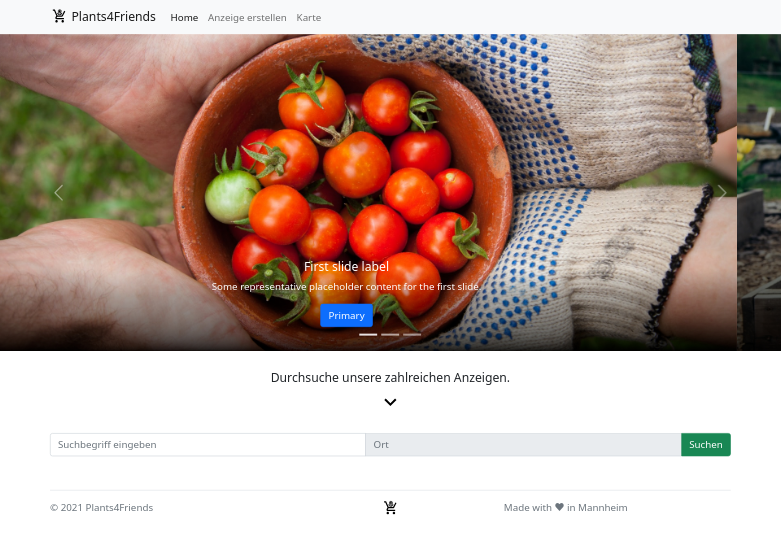
Repository: Carlson43/PlantsForFriends
Page: Website/index.html
These files come from the project's save history. The page is drawn as it stood at one moment and after the next save; the edit follows.
The browser window is 1280 px wide. The pictures show the whole page, at 61% of full size.

Above is the page before, as saved 2022-01-13 14:26:30.

### Website/index.html
<!doctype html>
<html lang="en">
  <head>
      <!-- Required meta tags -->
      <meta charset="utf-8">
      <meta name="viewport" content="width=device-width, initial-scale=1">

      <!-- Referencing Backend -->
      <script src="https://code.jquery.com/jquery-3.6.0.js"> </script>
      <script src="./Backend.js"> </script>

      <!-- Bootstrap CSS -->
      <link href="https://cdn.jsdelivr.net/npm/bootstrap@5.1.3/dist/css/bootstrap.min.css" rel="stylesheet" integrity="sha384-1BmE4kWBq78iYhFldvKuhfTAU6auU8tT94WrHftjDbrCEXSU1oBoqyl2QvZ6jIW3" crossorigin="anonymous">

      <!-- Custom Carousel CSS -->
      <style>
        .img-responsive {
        max-width: 100%; /* or to whatever you want here */
        max-height: auto; /* or to whatever you want here */
      }
      </style>

      <!-- Custom Divider CSS -->
      <link rel="stylesheet" href="divider.css">

    <title>Welcome @ Plants4Friends</title>

    <!-- Favicon -->
    <link rel="icon" type="image/x-icon" href="./Design-Ressourcen/flower.svg">
  </head>

  <body>
    <!-- Navbar -->
    <nav class="navbar navbar-expand-lg navbar-light bg-light">
        <div class="container fluid">
            <!-- Navabr Logo and Brandname -->
            <a class="navbar-brand" href="#">
                <img src="./Design-Ressourcen/logo.svg" alt="" width="30" height="24" class="d-inline-block align-text-top">
                Plants4Friends
            </a>
            <!-- Toggler for Expandsion -->
            <button class="navbar-toggler" type="button" data-bs-toggle="collapse" data-bs-target="#navbarNav" aria-controls="navbarNav" aria-expanded="false" aria-label="Toggle navigation">
                <span class="navbar-toggler-icon"></span>
            </button>
            <!-- Navigation Links -->
            <div class="collapse navbar-collapse" id="navbarNav">
                <div class="navbar-nav">
                    <a class="nav-link active" aria-current="page" href="index.html">Home</a>
                    <a class="nav-link" href="./create.html">Anzeige erstellen</a>
                    <a class="nav-link" href="./map.html">Karte</a>
                </div>
            </div>
        </div>
    </nav>

    <!-- Carousel -->
    <div id="carouselExampleCaptions" class="carousel slide" data-bs-ride="carousel">
        <!-- Slide Indicators -->
        <div class="carousel-indicators">
          <button type="button" data-bs-target="#carouselExampleCaptions" data-bs-slide-to="0" class="active" aria-current="true" aria-label="Slide 1"></button>
          <button type="button" data-bs-target="#carouselExampleCaptions" data-bs-slide-to="1" aria-label="Slide 2"></button>
          <button type="button" data-bs-target="#carouselExampleCaptions" data-bs-slide-to="2" aria-label="Slide 3"></button>
        </div>
        <!-- Carousel Slide Content -->
        <div class="carousel-inner">
          <!-- First Slide (starts with an active state) -->
          <div class="carousel-item active">
            <img src="./Design-Ressourcen/Bilder/carousel02-cut.jpg" class="img-responsive" alt="...">
            <!-- Text / Content Box -->
            <div class="carousel-caption d-none d-sm-block">
                <h5>First slide label</h5>
                <p>Some representative placeholder content for the first slide.</p>
                <button type="button" class="btn btn-primary">Primary</button>
            </div>
          </div>
          <!-- Second Slide -->
          <div class="carousel-item">
            <img src="./Design-Ressourcen/Bilder/carousel03-cut.jpg" class="d-block w-100" alt="...">
            <!-- Text / Content Box -->
            <div class="carousel-caption d-none d-sm-block">
                <h5>Second slide label</h5>
                <p>Some representative placeholder content for the second slide.</p>
                <button type="button" class="btn btn-outline-light">Light</button>
            </div>
          </div>
          <!-- Third Slide -->
          <div class="carousel-item">
            <img src="./Design-Ressourcen/Bilder/carousel04-cut.jpg" class="d-block w-100" alt="...">
            <!-- Text / Content Box -->
            <div class="carousel-caption d-none d-sm-block">
                <h5>Third slide label</h5>
                <p>Some representative placeholder content for the third slide.</p>
                <button type="button" class="btn btn-light">Light</button>
            </div>
          </div>
        </div>
        <!-- Left Button for previous Slide -->
        <button class="carousel-control-prev" type="button" data-bs-target="#carouselExampleCaptions" data-bs-slide="prev">
          <span class="carousel-control-prev-icon" aria-hidden="true"></span>
          <span class="visually-hidden">Previous</span>
        </button>
        <!-- Right Button for next Slide -->
        <button class="carousel-control-next" type="button" data-bs-target="#carouselExampleCaptions" data-bs-slide="next">
          <span class="carousel-control-next-icon" aria-hidden="true"></span>
          <span class="visually-hidden">Next</span>
        </button>
    </div>

    <div class="h-divider"></div>

    <!-- Small Text -->
    <div class="container-md text-center">
      <h5>Durchsuche unsere zahlreichen Anzeigen.</h5>
      <img src="./Design-Ressourcen/expand_more.svg" class="mx-auto d-block" alt="" style="height: 40px" >
    </div>

    <div class="h-divider"></div>

    <!-- Alert -->
    <div class="alert alert-info"  role="alert" id = "alert" hidden>
      <p class="text-center">
       <i class="fa fa-exclamation-triangle" aria-hidden="true"></i>Einen Moment bitte, Sie werden weitergeleitet.
      </p>
  </div>

  <div class="alert alert-warning"  role="alert" id = "not_found"  hidden>
    <p class="text-center">
     <i class="fa fa-exclamation-triangle" aria-hidden="true" id = "not_found_text"></i>
    </p>
</div>


    <!-- Input / Search Group -->
      <div class="container-md">
        <div class="input-group">
          <!-- General Search Input -->
          <input type="text" placeholder="Suchbegriff eingeben" aria-label="search_term" id="search_term" class="form-control">
          <!-- Location Search Input - Diabled due to no working implementation -->
          <input type="text" placeholder="Ort" aria-label="search_loc" id="search_loc" class="form-control" disabled>
          <!-- Search Button -->
          <button onclick= "search_and_display();" class="btn btn-success" type="button" id="search_btn">Suchen</button>
        </div>
    </div>

    <div class="h-divider"></div>


    <!-- Container Layout Demo -->
    <div class="container-md">
        <div class="row">
          <div class="col">
                <!-- Card Element 1-->
                <div class="card" style="width: 18rem;" id = "Card0" hidden>
                  <!-- Heading image -->
                  <img src="./Design-Ressourcen/Bilder/carrots.jpg" class="card-img-top" alt="...">
                  <div class="card-body">
                      <h5 class="card-title" id = "Card0title">Überschrift</h5>
                      <h5 class="card-title" id = "Card0key" hidden>f</h5>
                      <h6 class="card-subtitle mb-2 text-muted" id = "Card0price">Preis in €</h6>
                      <h6 class="card-subtitle mb-2 text-muted" id = "Card0contact">Kontaktmöglichkeit</h6>
                      <p class="card-text" id = "Card0text">Die Beschreibung der Anzeige soll hier dann erscheinen. Vielleicht ist die Größe aber ein Limit. Naja, das lässt sich bestimmt irgendiwe Lösen</p>
                       <!-- Detail Button -->
                      <a  class="btn btn-primary" onclick = "alert();addKey0();setTimeout(myURL, 4000);">Details ></a>
                  </div>
                </div>
          </div>
          <div class="col">
            <!-- Card Element 2-->
            <div class="card" style="width: 18rem;" id = "Card1" hidden>
              <!-- Heading image -->
              <img src="./Design-Ressourcen/Bilder/carrots.jpg" class="card-img-top" alt="...">
              <div class="card-body">
                  <h5 class="card-title" id = "Card1title">Überschrift</h5>
                  <h5 class="card-title" id = "Card1key" hidden>f</h5>
                  <h6 class="card-subtitle mb-2 text-muted" id = "Card1price">Preis in €</h6>
                  <h6 class="card-subtitle mb-2 text-muted" id = "Card1contact">Kontaktmöglichkeit</h6>
                  <p class="card-text" id = "Card1text">Die Beschreibung der Anzeige soll hier dann erscheinen. Vielleicht ist die Größe aber ein Limit. Naja, das lässt sich bestimmt irgendiwe Lösen</p>
                  <!-- Detail Button -->
                  <a class="btn btn-primary" onclick = "alert();addKey1();setTimeout(myURL, 4000);">Details ></a>
              </div>
            </div>
          </div>
          <div class="col">
            <!-- Card Element 3-->
            <div class="card" style="width: 18rem;" id = "Card2" hidden>
              <!-- Heading image -->
              <img src="./Design-Ressourcen/Bilder/carrots.jpg" class="card-img-top" alt="...">
              <div class="card-body">
                  <h5 class="card-title" id = "Card2title">Überschrift</h5>
                  <h5 class="card-title" id = "Card2key" hidden>f</h5>
                  <h6 class="card-subtitle mb-2 text-muted" id = "Card2price">Preis in €</h6>
                  <h6 class="card-subtitle mb-2 text-muted" id = "Card2contact">Kontaktmöglichkeit</h6>
                  <p class="card-text" id = "Card2text">Die Beschreibung der Anzeige soll hier dann erscheinen. Vielleicht ist die Größe aber ein Limit. Naja, das lässt sich bestimmt irgendiwe Lösen</p>
                  <!-- Detail Button -->
                  <a class="btn btn-primary" onclick = "alert();addKey2();setTimeout(myURL, 4000);">Details ></a>
              </div>
            </div>
          </div>
        </div>
        <div class="row">
          <div class="col">
                <!-- Card Element 4-->
                <div class="card" style="width: 18rem;" id = "Card3" hidden>
                  <!-- Heading image -->
                  <img src="./Design-Ressourcen/Bilder/carrots.jpg" class="card-img-top" alt="...">
                  <div class="card-body">
                      <h5 class="card-title" id = "Card3title">Überschrift</h5>
                      <h5 class="card-title" id = "Card3key" hidden></h5>
                      <h6 class="card-subtitle mb-2 text-muted" id = "Card3price">Preis in €</h6>
                      <h6 class="card-subtitle mb-2 text-muted" id = "Card3contact">Kontaktmöglichkeit</h6>
                      <p class="card-text" id = "Card3text">Die Beschreibung der Anzeige soll hier dann erscheinen. Vielleicht ist die Größe aber ein Limit. Naja, das lässt sich bestimmt irgendiwe Lösen</p>
                      <!-- Detail Button -->
                      <a  class="btn btn-primary" onclick = "alert();addKey3();setTimeout(myURL, 4000);">Details ></a>
                  </div>
                </div>
          </div>
          <div class="col">
            <!-- Card Element 5-->
            <div class="card" style="width: 18rem;" id = "Card4" hidden>
              <!-- Heading image -->
              <img src="./Design-Ressourcen/Bilder/carrots.jpg" class="card-img-top" alt="...">
              <div class="card-body">
                  <h5 class="card-title" id = "Card4title">Überschrift</h5>
                  <h5 class="card-title" id = "Card4key" hidden></h5>
                  <h6 class="card-subtitle mb-2 text-muted" id = "Card4price">Preis in €</h6>
                  <h6 class="card-subtitle mb-2 text-muted" id = "Card4contact">Kontaktmöglichkeit</h6>
                  <p class="card-text" id = "Card4text">Die Beschreibung der Anzeige soll hier dann erscheinen. Vielleicht ist die Größe aber ein Limit. Naja, das lässt sich bestimmt irgendiwe Lösen</p>
                  <!-- Detail Button -->
                  <a class="btn btn-primary" onclick = "alert();addKey4();setTimeout(myURL, 4000);">Details ></a>
              </div>
            </div>
          </div>
          <div class="col">
            <!-- Card Element 6-->
            <div class="card" style="width: 18rem;" id = "Card5" hidden>
              <!-- Heading image -->
              <img src="./Design-Ressourcen/Bilder/carrots.jpg" class="card-img-top" alt="...">
              <div class="card-body">
                  <h5 class="card-title" id = "Card0title">Überschrift</h5>
                  <h5 class="card-title" id = "Card5key" hidden></h5>
                  <h6 class="card-subtitle mb-2 text-muted" id = "Card5price">Preis in €</h6>
                  <h6 class="card-subtitle mb-2 text-muted" id = "Card5contact">Kontaktmöglichkeit</h6>
                  <p class="card-text" id = "Card5text">Die Beschreibung der Anzeige soll hier dann erscheinen. Vielleicht ist die Größe aber ein Limit. Naja, das lässt sich bestimmt irgendiwe Lösen</p>
                  <!-- Detail Button -->
                  <a class="btn btn-primary" onclick = "alert();addKey5();setTimeout(myURL, 4000);">Details ></a>
              </div>
            </div>
          </div>
        </div>
        <div class="row">
          <div class="col">
                <!-- Card Element 7-->
                <div class="card" style="width: 18rem;" id = "Card6" hidden>
                  <!-- Heading image -->
                  <img src="./Design-Ressourcen/Bilder/carrots.jpg" class="card-img-top" alt="...">
                  <div class="card-body">
                      <h5 class="card-title" id = "Card6title">Überschrift</h5>
                      <h5 class="card-title" id = "Card6key" hidden></h5>
                      <h6 class="card-subtitle mb-2 text-muted" id = "Card6price">Preis in €</h6>
                      <h6 class="card-subtitle mb-2 text-muted" id = "Card6contact">Kontaktmöglichkeit</h6>
                      <p class="card-text" id = "Card6text">Die Beschreibung der Anzeige soll hier dann erscheinen. Vielleicht ist die Größe aber ein Limit. Naja, das lässt sich bestimmt irgendiwe Lösen</p>
                      <!-- Detail Button -->
                      <a  class="btn btn-primary" onclick = "alert();addKey6();setTimeout(myURL, 4000);">Details ></a>
                  </div>
                </div>
          </div>
          <div class="col">
            <!-- Card Element 8-->
            <div class="card" style="width: 18rem;" id = "Card7" hidden>
              <!-- Heading image -->
              <img src="./Design-Ressourcen/Bilder/carrots.jpg" class="card-img-top" alt="...">
              <div class="card-body">
                  <h5 class="card-title" id = "Card7title">Überschrift</h5>
                  <h5 class="card-title" id = "Card7key" hidden></h5>
                  <h6 class="card-subtitle mb-2 text-muted" id = "Card7price">Preis in €</h6>
                  <h6 class="card-subtitle mb-2 text-muted" id = "Card7contact">Kontaktmöglichkeit</h6>
                  <p class="card-text" id = "Card7text">Die Beschreibung der Anzeige soll hier dann erscheinen. Vielleicht ist die Größe aber ein Limit. Naja, das lässt sich bestimmt irgendiwe Lösen</p>
                  <!-- Detail Button -->
                  <a class="btn btn-primary" onclick = "alert();addKey7();setTimeout(myURL, 4000);">Details ></a>
              </div>
            </div>
          </div>
          <div class="col">
            <!-- Card Element 9 -->
            <div class="card" style="width: 18rem;" id = "Card8" hidden>
              <!-- Heading image -->
              <img src="./Design-Ressourcen/Bilder/carrots.jpg" class="card-img-top" alt="...">
              <div class="card-body">
                  <h5 class="card-title" id = "Card8title">Überschrift</h5>
                  <h5 class="card-title" id = "Card8key" hidden></h5>
                  <h6 class="card-subtitle mb-2 text-muted" id = "Card8price">Preis in €</h6>
                  <h6 class="card-subtitle mb-2 text-muted" id = "Card8contact">Kontaktmöglichkeit</h6>
                  <p class="card-text" id = "Card8text">Die Beschreibung der Anzeige soll hier dann erscheinen. Vielleicht ist die Größe aber ein Limit. Naja, das lässt sich bestimmt irgendiwe Lösen</p>
                  <!-- Detail Button -->
                  <a class="btn btn-primary" onclick = "alert();addKey8();setTimeout(myURL, 4000);">Details ></a>
              </div>
            </div>
          </div>
        </div>
    </div>


    <!-- Footer -->
    <div class="container">
      <footer class="d-flex flex-wrap justify-content-between align-items-center py-3 my-4 border-top">
        <p class="col-md-4 mb-0 text-muted">© 2021 Plants4Friends</p>

        <!-- Footer Logo -->
        <a href="index.html" class="col-md-4 d-flex align-items-center justify-content-center mb-3 mb-md-0 me-md-auto link-dark text-decoration-none">
          <img src="./Design-Ressourcen/logo.svg" alt="" width="30" height="24" class="d-inline-block align-text-top">
        </a>

        <p class="col-md-4 mb-0 text-muted">Made with ❤ in Mannheim</p>
      </footer>
    </div>

    <!--Bootstrap JS-->
    <script src="https://cdn.jsdelivr.net/npm/bootstrap@5.1.3/dist/js/bootstrap.bundle.min.js" integrity="sha384-ka7Sk0Gln4gmtz2MlQnikT1wXgYsOg+OMhuP+IlRH9sENBO0LRn5q+8nbTov4+1p" crossorigin="anonymous"></script>

  </body>

<script>

</script>

</html>

### Website/divider.css

.h-divider{
    margin-top:15px;
    margin-bottom:15px;
    height:1px;
    width:100%;
    /* border-top:1px solid gray; */
}

Loaded but not shown: Website/Backend.js (280 lines, source omitted)

After the next save:
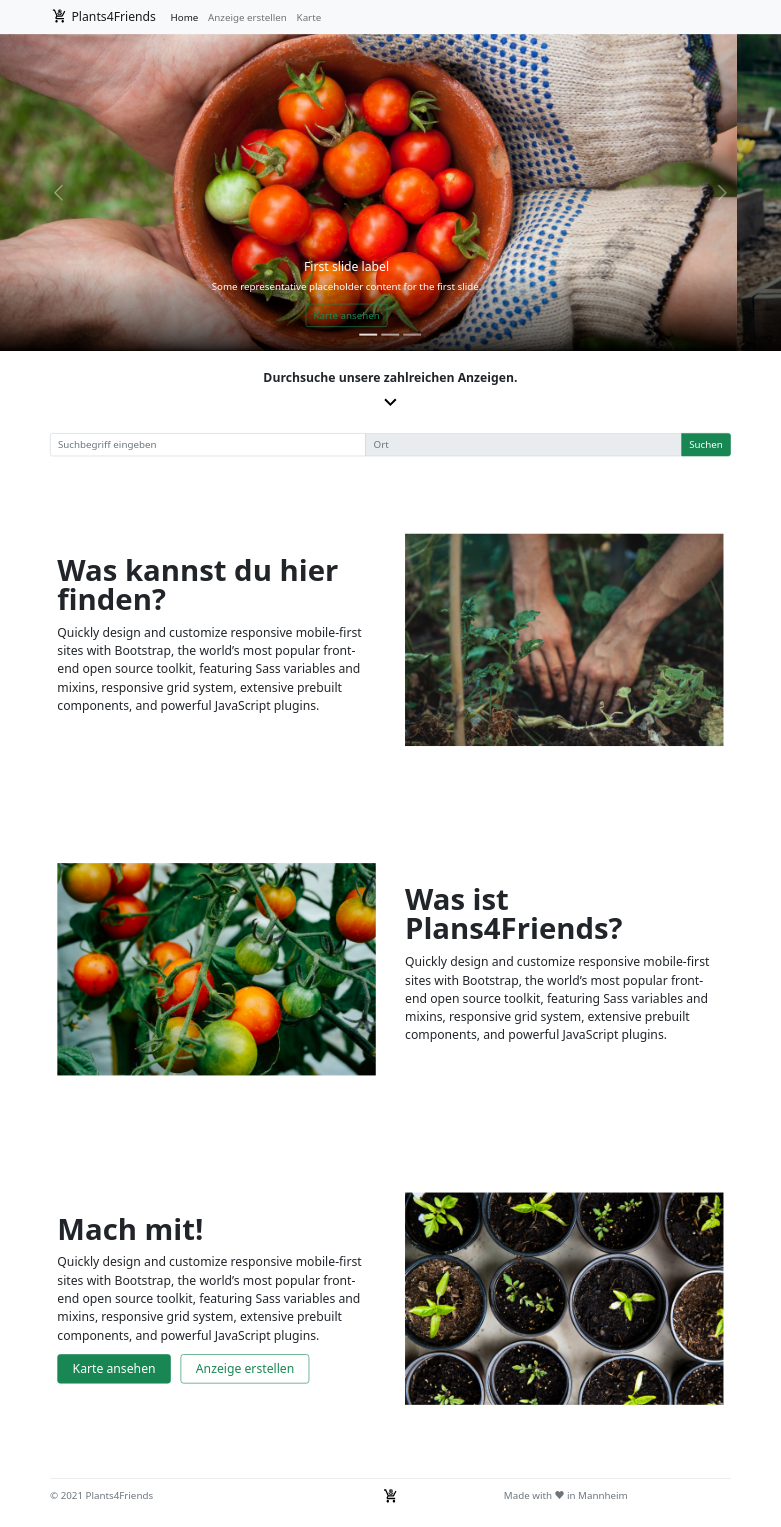
Saved 3 min 13 s later.
--- a/Website/index.html
+++ b/Website/index.html
@@ -70,7 +70,7 @@
             <div class="carousel-caption d-none d-sm-block">
                 <h5>First slide label</h5>
                 <p>Some representative placeholder content for the first slide.</p>
-                <button type="button" class="btn btn-primary">Primary</button>
+                <button type="button" class="btn btn-outline-success">Karte ansehen</button>
             </div>
           </div>
           <!-- Second Slide -->
@@ -80,7 +80,7 @@
             <div class="carousel-caption d-none d-sm-block">
                 <h5>Second slide label</h5>
                 <p>Some representative placeholder content for the second slide.</p>
-                <button type="button" class="btn btn-outline-light">Light</button>
+                <button type="button" class="btn btn-outline-success">Anzeige erstellen</button>
             </div>
           </div>
           <!-- Third Slide -->
@@ -90,7 +90,7 @@
             <div class="carousel-caption d-none d-sm-block">
                 <h5>Third slide label</h5>
                 <p>Some representative placeholder content for the third slide.</p>
-                <button type="button" class="btn btn-light">Light</button>
+                <button type="button" class="btn btn-outline-success">Mehr</button>
             </div>
           </div>
         </div>
@@ -110,14 +110,14 @@
 
     <!-- Small Text -->
     <div class="container-md text-center">
-      <h5>Durchsuche unsere zahlreichen Anzeigen.</h5>
+      <h5 class="display-7 fw-bold">Durchsuche unsere zahlreichen Anzeigen.</h5>
       <img src="./Design-Ressourcen/expand_more.svg" class="mx-auto d-block" alt="" style="height: 40px" >
     </div>
 
     <div class="h-divider"></div>
 
     <!-- Alert -->
-    <div class="alert alert-info"  role="alert" id = "alert" hidden>
+    <div class="alert alert-success"  role="alert" id = "alert" hidden>
       <p class="text-center">
        <i class="fa fa-exclamation-triangle" aria-hidden="true"></i>Einen Moment bitte, Sie werden weitergeleitet.
       </p>
@@ -125,7 +125,7 @@
 
   <div class="alert alert-warning"  role="alert" id = "not_found"  hidden>
     <p class="text-center">
-     <i class="fa fa-exclamation-triangle" aria-hidden="true" id = "not_found_text"></i>
+     <i class="fa fa-exclamation-triangle" aria-hidden="true" id = "not_found_text">dfs</i>
     </p>
 </div>
 
@@ -299,6 +299,54 @@
         </div>
     </div>
 
+    <!-- Hero 1 -->
+    <div class="container col-xxl-8 px-4 py-5">
+      <div class="row flex-lg-row-reverse align-items-center g-5 py-5">
+        <div class="col-10 col-sm-8 col-lg-6">
+          <img src="./Design-Ressourcen/Bilder/carousel05.jpg" class="d-block mx-lg-auto img-fluid" alt="Bootstrap Themes" width="700" height="500" loading="lazy">
+        </div>
+        <div class="col-lg-6">
+          <!-- Hero Heading -->
+          <h1 class="display-5 fw-bold lh-1 mb-3">Was kannst du hier finden?</h1>
+          <!-- Hero Text -->
+          <p class="lead">Quickly design and customize responsive mobile-first sites with Bootstrap, the world’s most popular front-end open source toolkit, featuring Sass variables and mixins, responsive grid system, extensive prebuilt components, and powerful JavaScript plugins.</p>
+        </div>
+      </div>
+    </div>
+
+    <!-- Hero 2 -->
+    <div class="container col-xxl-8 px-4 py-5">
+      <div class="row flex-lg-row-reverse align-items-center g-5 py-5">
+        <div class="col-lg-6">
+          <!-- Hero Heading -->
+          <h1 class="display-5 fw-bold lh-1 mb-3">Was ist Plans4Friends?</h1>
+          <!-- Hero Text -->
+          <p class="lead">Quickly design and customize responsive mobile-first sites with Bootstrap, the world’s most popular front-end open source toolkit, featuring Sass variables and mixins, responsive grid system, extensive prebuilt components, and powerful JavaScript plugins.</p>
+        </div>
+        <div class="col-10 col-sm-8 col-lg-6">
+          <img src="./Design-Ressourcen/Bilder/tomatoes.jpg" class="d-block mx-lg-auto img-fluid" alt="Bootstrap Themes" width="700" height="500" loading="lazy">
+        </div>
+      </div>
+    </div>
+
+      <!-- Hero 3 -->
+      <div class="container col-xxl-8 px-4 py-5">
+        <div class="row flex-lg-row-reverse align-items-center g-5 py-5">
+          <div class="col-10 col-sm-8 col-lg-6">
+            <img src="./Design-Ressourcen/Bilder/saplings.jpg" class="d-block mx-lg-auto img-fluid" alt="Bootstrap Themes" width="700" height="500" loading="lazy">
+          </div>
+          <div class="col-lg-6">
+            <!-- Hero Heading -->
+            <h1 class="display-5 fw-bold lh-1 mb-3">Mach mit!</h1>
+            <!-- Hero Text -->
+            <p class="lead">Quickly design and customize responsive mobile-first sites with Bootstrap, the world’s most popular front-end open source toolkit, featuring Sass variables and mixins, responsive grid system, extensive prebuilt components, and powerful JavaScript plugins.</p>
+            <div class="d-grid gap-2 d-md-flex justify-content-md-start">
+              <button type="button" class="btn btn-success btn-lg px-4 me-md-2">Karte ansehen</button>
+              <button type="button" class="btn btn-outline-success btn-lg px-4">Anzeige erstellen</button>
+            </div>
+          </div>
+        </div>
+      </div>
 
     <!-- Footer -->
     <div class="container">
